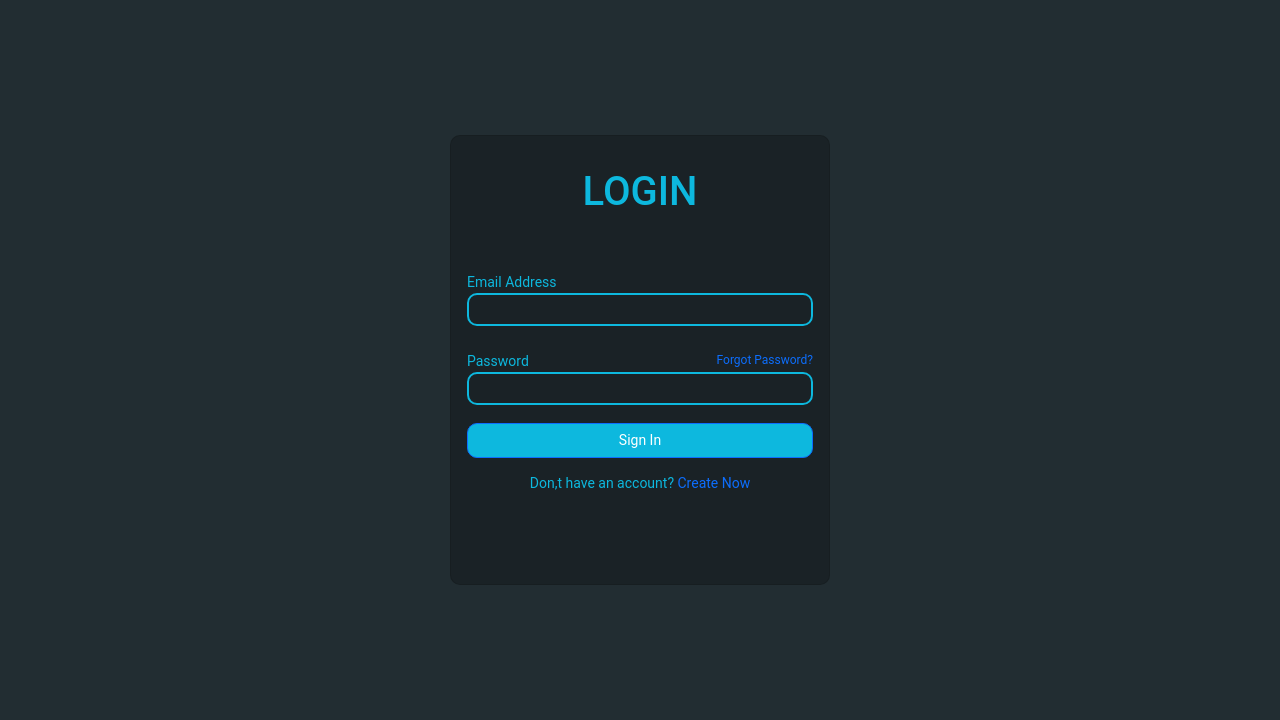
Repository: zjria/Bootstrap_logIn_1
Page: LoginPage/index.html
An editor plug-in stored every save of this project. The page is shown before and after the next save, followed by the edit.
The browser window is 1280 px wide. The pictures show the whole page.

Above is the page before, as saved 2022-06-18 09:33:27.

### LoginPage/index.html
<!DOCTYPE html>
<html lang="en">
<head>
    <meta charset="UTF-8">
    <meta http-equiv="X-UA-Compatible" content="IE=edge">
    <meta name="viewport" content="width=device-width, initial-scale=1.0">
    <title>LogIn Page</title>

    <!-- Bootstrap CDN Link -->
    <link href="https://cdn.jsdelivr.net/npm/bootstrap@5.0.2/dist/css/bootstrap.min.css" rel="stylesheet" integrity="sha384-EVSTQN3/azprG1Anm3QDgpJLIm9Nao0Yz1ztcQTwFspd3yD65VohhpuuCOmLASjC" crossorigin="anonymous">

    <!-- Google Font -->
    <link rel="preconnect" href="https://fonts.googleapis.com">
    <link rel="preconnect" href="https://fonts.gstatic.com" crossorigin>
    <!-- Custom Css -->
    <link rel="stylesheet" href="style.css">
</head>
<body>
    <div class="global-container">
        <div class="card login-form">
            <div class="card-body">
                <h1 class="card-body text-center">LOGIN</h1>
                <div class="card-text">
                    <form action="#">

                        <div class="form-group">
                            <label for="exampleInputEmail1">Email Address</label>
                            <input type="email" class="form-control form-control-sm" id="exampleInputEmail1">
                        </div>

                        <div class="form-group">
                            <label for="exampleInputPassword1">Password</label>
                            <a href="#" style="float: right; font-size: 12px;" class="text-decoration-none">Forgot Password?</a>

                            <input type="password" class="form-control form-control-sm mb-2" id="exampleInputPassword1">

                            <div class="d-grid gap-2">

                                <button type="submit" class="btn btn-primary">
                                    Sign In
                                </button>

                              </div>

                            </div>




                        <div class="signup">Don,t have an account? <a href="#" class="text-decoration-none">Create Now</a></div>
                    </form>
                </div>
            </div>
        </div>
    </div>

<!-- Bootstrap JavaScript Link -->
<script src="https://cdn.jsdelivr.net/npm/bootstrap@5.0.2/dist/js/bootstrap.bundle.min.js" integrity="sha384-MrcW6ZMFYlzcLA8Nl+NtUVF0sA7MsXsP1UyJoMp4YLEuNSfAP+JcXn/tWtIaxVXM" crossorigin="anonymous"></script>

</body>
</html>

### LoginPage/style.css
body, html {
    height: 100%;
    background-color: #222d32 !important;
    font-family: 'Roboto', sans-serif;
}
.global-container{
    height: 100%;
    display: flex;
    align-items: center;
    justify-content: center;
    color: #0db8de;
}
form{
    padding-top: 10px;
    margin-top: 30px;
    font-size: 14px;
}
.login-form{
    width: 380px;
    height: 450px;
    margin: 20px;
    background: #1a2226 !important;
    border-radius: 10px !important;
}

input[type="email"],
input[type="password"]{
    background: #1a2226;
    border: 2px solid #0db8de;
    border-radius: 10px;
    margin-bottom: 25px;
    color: #fff;
}
/* input[type="email"]:focus,
input[type="password"]:focus{
    outline: none;
    border: none;
    background: #1a2226;
    margin: 0;
} */
.card-title{
    font-weight: 900;
    padding-top: 20px;
}
.btn{
    background: #0db8de;
    font-size: 14px;
    transform: translateY(10px);
    border-radius: 10px !important;
}
.signup{
    text-align: center;
    padding-top: 25px;
}

After the next save:
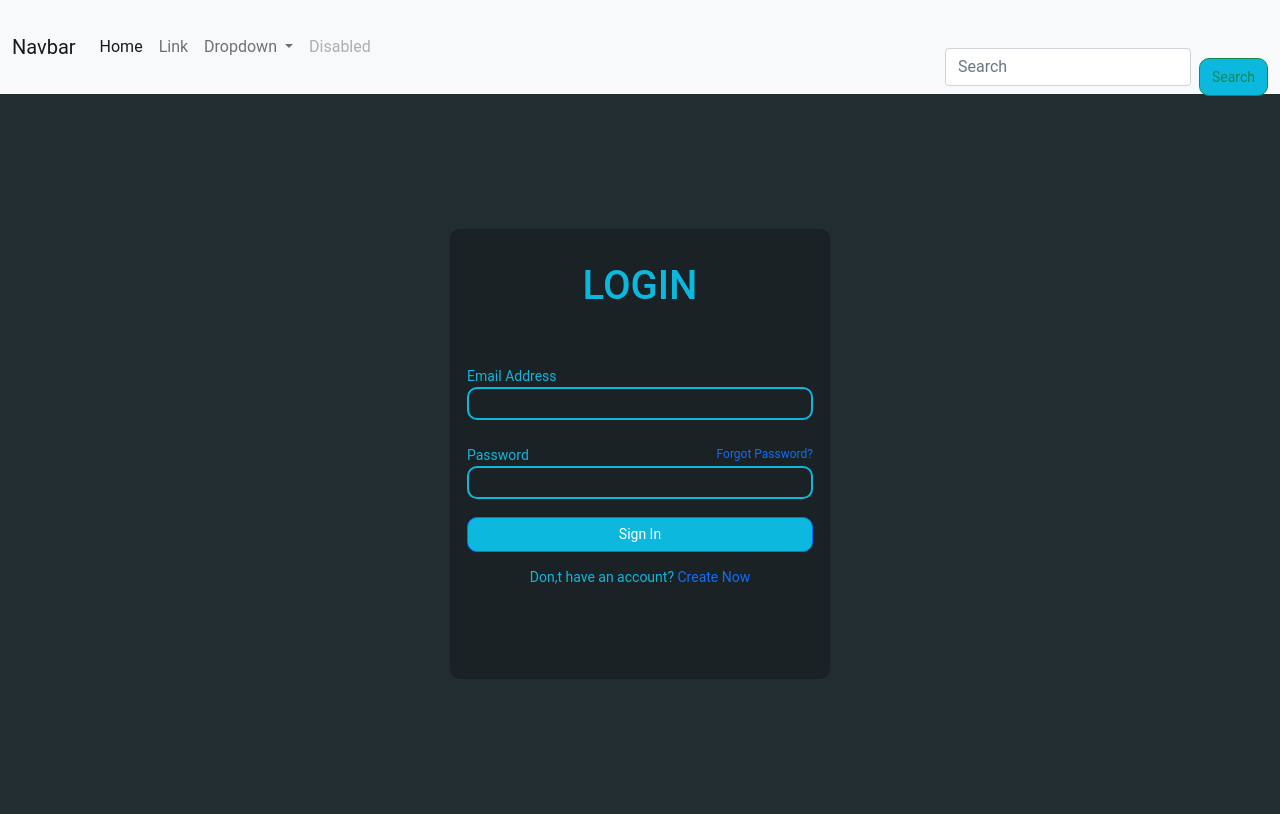
Saved 21 h 37 min later.
--- a/LoginPage/index.html
+++ b/LoginPage/index.html
@@ -16,6 +16,48 @@
     <link rel="stylesheet" href="style.css">
 </head>
 <body>
+
+    <!-- Navbar -->
+    <nav class="navbar navbar-expand-lg navbar-light bg-light">
+        <div class="container-fluid">
+          <a class="navbar-brand" href="#">Navbar</a>
+          <button class="navbar-toggler" type="button" data-bs-toggle="collapse" data-bs-target="#navbarSupportedContent" aria-controls="navbarSupportedContent" aria-expanded="false" aria-label="Toggle navigation">
+            <span class="navbar-toggler-icon"></span>
+          </button>
+          <div class="collapse navbar-collapse" id="navbarSupportedContent">
+            <ul class="navbar-nav me-auto mb-2 mb-lg-0">
+              <li class="nav-item">
+                <a class="nav-link active" aria-current="page" href="#">Home</a>
+              </li>
+              <li class="nav-item">
+                <a class="nav-link" href="#">Link</a>
+              </li>
+              <li class="nav-item dropdown">
+                <a class="nav-link dropdown-toggle" href="#" id="navbarDropdown" role="button" data-bs-toggle="dropdown" aria-expanded="false">
+                  Dropdown
+                </a>
+                <ul class="dropdown-menu" aria-labelledby="navbarDropdown">
+                  <li><a class="dropdown-item" href="#">Action</a></li>
+                  <li><a class="dropdown-item" href="#">Another action</a></li>
+                  <li><hr class="dropdown-divider"></li>
+                  <li><a class="dropdown-item" href="#">Something else here</a></li>
+                </ul>
+              </li>
+              <li class="nav-item">
+                <a class="nav-link disabled" href="#" tabindex="-1" aria-disabled="true">Disabled</a>
+              </li>
+            </ul>
+            <form class="d-flex">
+              <input class="form-control me-2" type="search" placeholder="Search" aria-label="Search">
+              <button class="btn btn-outline-success" type="submit">Search</button>
+            </form>
+          </div>
+        </div>
+      </nav>
+
+
+
+    <!-- Login Form -->
     <div class="global-container">
         <div class="card login-form">
             <div class="card-body">
